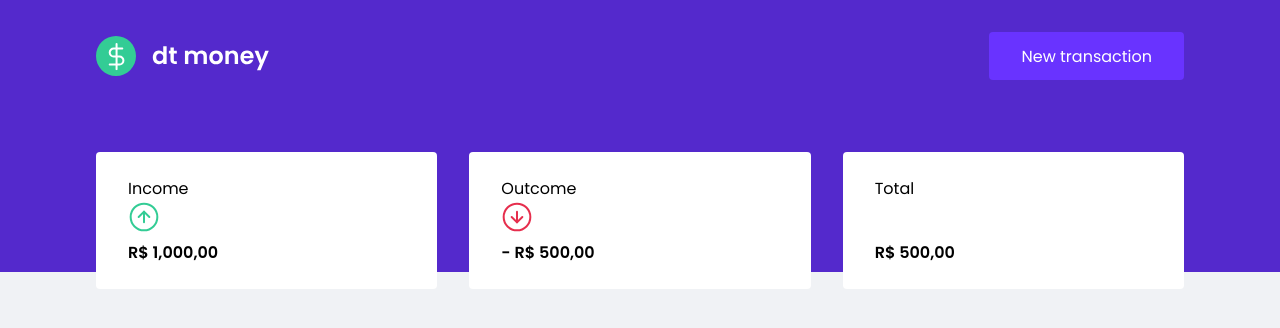
Repository: JoseGu1llardi/dtmoney
Page: /
These files come from the project's save history. The page is drawn as it stood at one moment and after the next save; the edit follows.
The browser window is 1280 px wide. The pictures show the whole page.
The project was rebuilt for these pictures with package versions that can differ from the ones it lists, and the page was loaded fresh each time.

Above is the page before, as saved 2022-12-30 15:04:36.

After the next save:
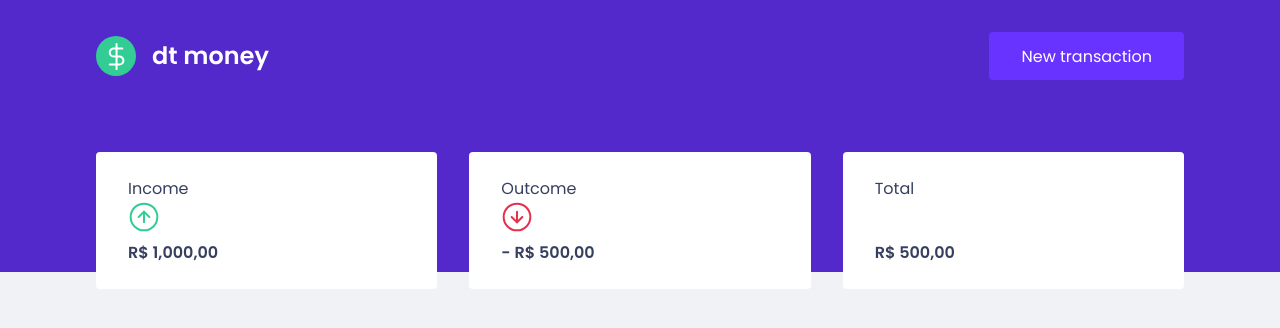
Saved 42 s later.
--- a/src/components/Summary/styles.ts
+++ b/src/components/Summary/styles.ts
@@ -10,5 +10,6 @@ export const Container = styled.div`
     background: var(--shape);
     padding: 1.5rem 2rem;
     border-radius: 0.25rem;
+    color: var(--text-title);
   }
 `;
